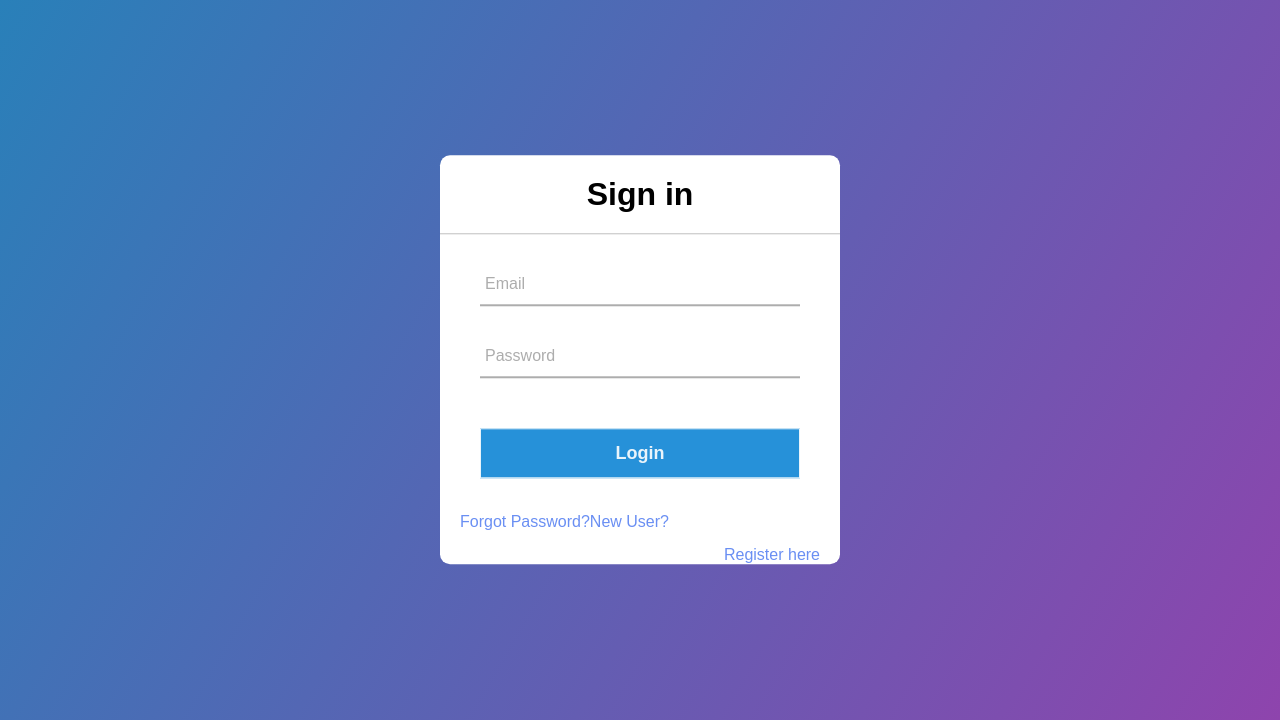
Repository: poornasyamasundar/Software-Project-Manager
Page: SoftwareManager/Templates/login.html
An editor plug-in stored every save of this project. The page is shown before and after the next save, followed by the edit.
The browser window is 1280 px wide. The pictures show the whole page.

Above is the page before, as saved 2021-10-19 09:24:39.

After the next save:
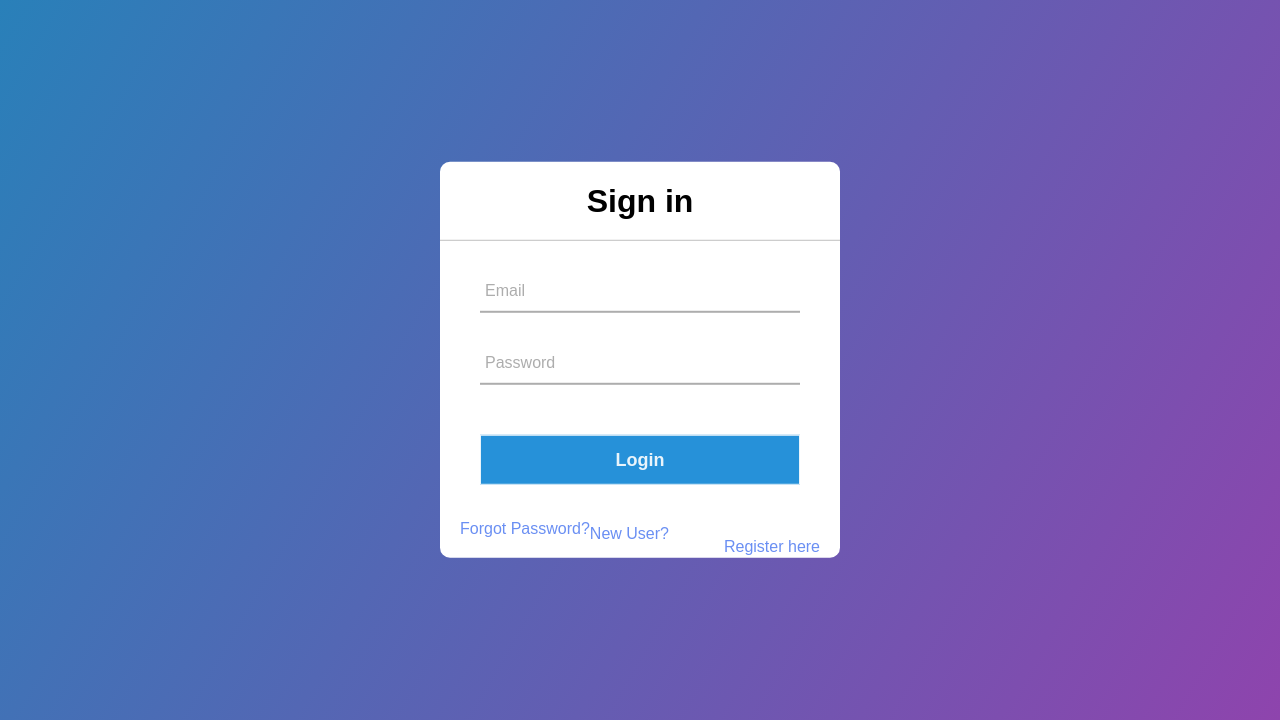
Saved 12 s later.
--- a/SoftwareManager/Templates/login.css
+++ b/SoftwareManager/Templates/login.css
@@ -135,7 +135,7 @@ body {
   }
 
   .newuser {
-	margin: -5px 0px 20px 20px;
+	/* margin: -5px 0px 20px 20px; */
 	color: #6a8ff3;
 	cursor: pointer;
 	position: relative;
